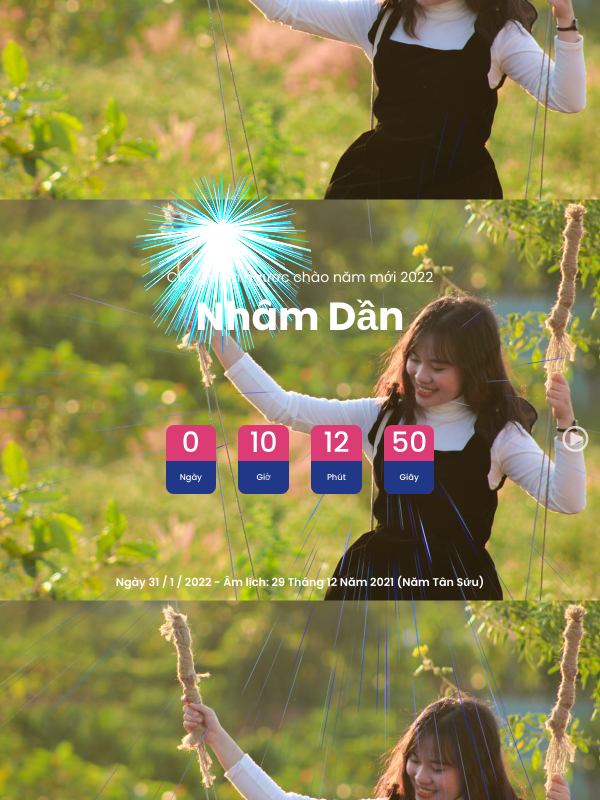
Repository: nguyenban1903/nguyenban1903.github.io
Page: huonggiangcountdown/index.html
These files come from the project's save history. The page is drawn as it stood at one moment and after the next save; the edit follows.
The browser window is 600 px wide. The pictures show the whole page.
Some web libraries are served in a nearby version.

Above is the page before, as saved 2022-01-31 14:00:33.

After the next save:
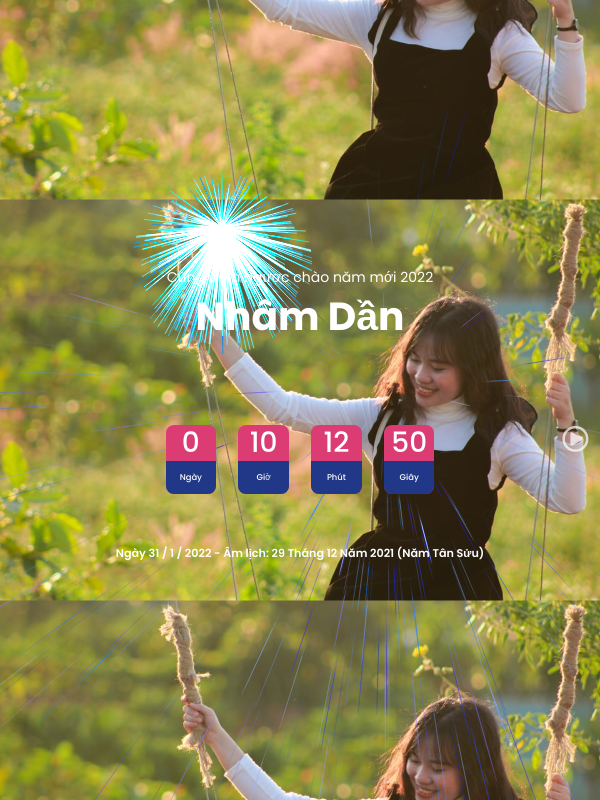
Saved 5 s later.
--- a/huonggiangcountdown/assets/css/style.css
+++ b/huonggiangcountdown/assets/css/style.css
@@ -222,7 +222,7 @@ body {
     /* position : absolute; */
     text-align: center;
     font-size: 1.7em;
-    bottom: 22em;
+    bottom: 25em;
   }
   .date-lunar {
     font-size: 2rem;
